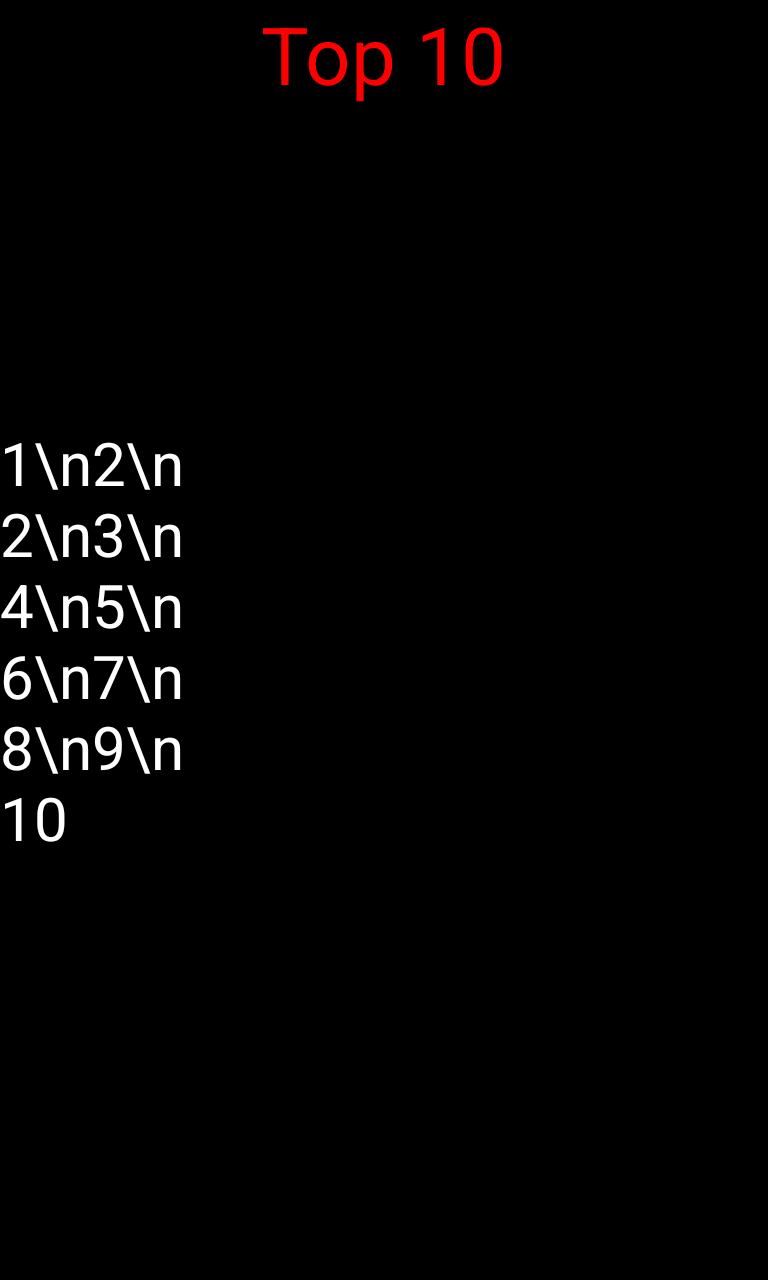
Repository: tofuninja/Rotate
Layout: Rotate/res/layout/high_score_screen.xml
An editor plug-in stored every save of this project. The layout is shown before and after the next save, followed by the edit.
It is drawn on a 768 x 1280 px phone screen (xhdpi) without system bars, with theme android:Theme.NoTitleBar.Fullscreen; the app's code is not run.

Above is the layout before, as saved 2014-05-03 12:45:10.

### Rotate/res/layout/high_score_screen.xml
<?xml version="1.0" encoding="utf-8"?>
<FrameLayout xmlns:android="http://schemas.android.com/apk/res/android"
    android:layout_width="match_parent"
    android:layout_height="match_parent" >

    <RelativeLayout
        android:id="@+id/high_score_layout"
        android:layout_width="match_parent"
        android:layout_height="match_parent" >

        <TextView
            android:id="@+id/textView1"
            android:layout_width="wrap_content"
            android:layout_height="wrap_content"
            android:layout_alignParentTop="true"
            android:layout_centerHorizontal="true"
            android:text="Top 10"
            android:textAppearance="?android:attr/textAppearanceLarge"
            android:textColor="#ff0000"
            android:textSize="40sp" />

        <TextView
            android:id="@+id/text_top_10"
            android:layout_width="wrap_content"
            android:layout_height="wrap_content"
            android:layout_centerVertical="true"
            android:layout_marginRight="30dp"
            android:layout_toLeftOf="@+id/textView1"
            android:text="1\n2\n2\n3\n4\n5\n6\n7\n8\n9\n10"
            android:textAppearance="?android:attr/textAppearanceMedium"
            android:textSize="30sp" />

    </RelativeLayout>

</FrameLayout>

After the next save:
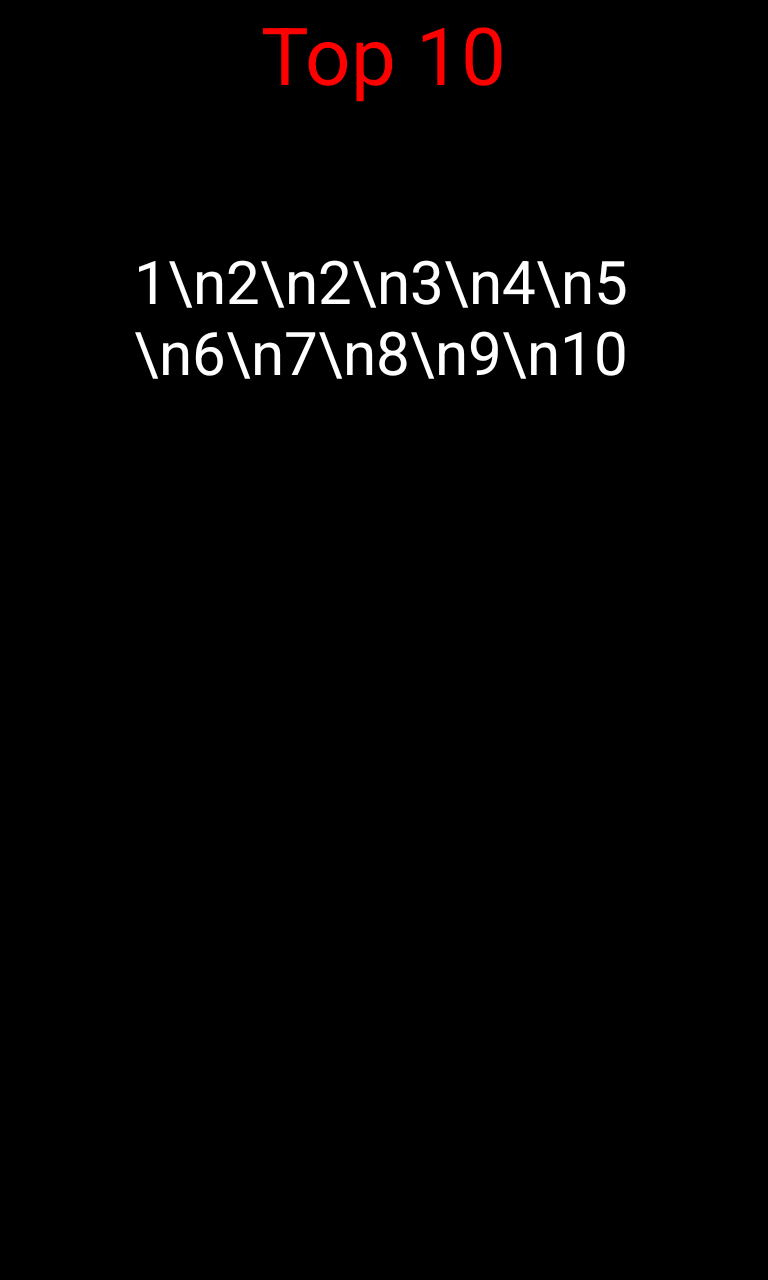
Saved 2 min 6 s later.
--- a/Rotate/res/layout/high_score_screen.xml
+++ b/Rotate/res/layout/high_score_screen.xml
@@ -21,11 +21,10 @@
 
         <TextView
             android:id="@+id/text_top_10"
-            android:layout_width="wrap_content"
-            android:layout_height="wrap_content"
+            android:layout_width="250dp"
+            android:layout_height="400dp"
+            android:layout_centerHorizontal="true"
             android:layout_centerVertical="true"
-            android:layout_marginRight="30dp"
-            android:layout_toLeftOf="@+id/textView1"
             android:text="1\n2\n2\n3\n4\n5\n6\n7\n8\n9\n10"
             android:textAppearance="?android:attr/textAppearanceMedium"
             android:textSize="30sp" />
